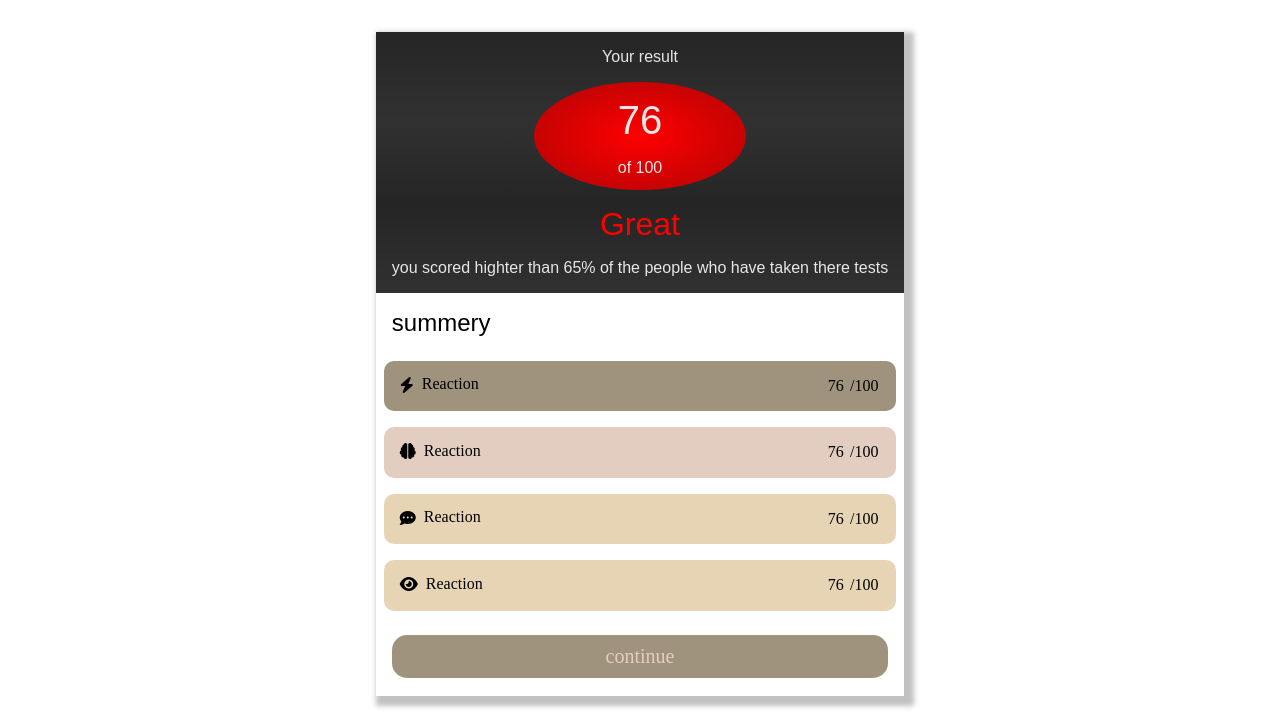
Repository: rahanwz/Card2-raha
Page: card2.html
An editor plug-in stored every save of this project. The page is shown before and after a run of saves, followed by the edit.
The browser window is 1280 px wide. The pictures show the whole page.
Some web fonts or font styles are not loaded; a fallback is used. Some web libraries are served in a nearby version.

Above is the page before, as saved 2024-02-21 17:13:18.

### card2.html
<!DOCTYPE html>
<html lang="en">
  <head>
    <meta charset="UTF-8" />
    <meta name="viewport" content="width=device-width, initial-scale=1.0" />
    <title>Document</title>
    <link rel="stylesheet" href="card2.css" />
    <script src="https://kit.fontawesome.com/7f69033cb8.js" crossorigin="anonymous"></script>

   <link rel="preconnect" href="https://fonts.googleapis.com">
<link rel="preconnect" href="https://fonts.gstatic.com" crossorigin>
<link href="https://fonts.googleapis.com/css2?family=Josefin+Sans:ital,wght@0,100..700;1,100..700&family=Protest+Riot&display=swap" rel="stylesheet">

</head>
  <body>
    <div class="container">
      <div class="card_container">
        <div class="top_card">
          <p style="color: #e6e6e6; font-family:Protest Riot, sans-serif;
  font-weight: 400;
  font-style: normal;">Your result</p>
          <div class="present">
            <p style="color: #e6e6e6">76</p>
            <p style="color: #e6e6e6">of 100</p>
          </div>
          <p style="padding-top: 1rem; color: #FF0000; font-family:Protest Riot, sans-serif;
  font-weight:300;
  font-style: normal;font-size: 2rem;">Great</p>
          <p class="describ" style="color: #e6e6e6">
            you scored highter than 65% of the people who have taken there tests
          </p>
        </div>
        <div class="bottom_card">
          <p style="padding:1rem; font-family:Protest Riot, sans-serif;
  font-weight: 400;
  font-style: normal;
  font-size:1.5rem;">summery</p>
          <div class="box box1">
            <p
              style="
                border-top-left-radius: 10px;
                border-bottom-left-radius: 10px;
              "
            >
             <i class="fa-solid fa-bolt"></i> <span style="padding-top: .4rem;">Reaction</span>
            </p>
            <div class="number">
              <p
                style="
                  border-top-right-radius: 10px;
                  border-bottom-right-radius: 10px;
                  padding-top: 1rem;
                "
              >
                <span style="width: 50%; padding: 1rem; margin-top: -1rem"
                  >76</span
                ><span>/</span>100
              </p>
            </div>
          </div>
          <div class="box box2">
            <p
              style="
                border-top-left-radius: 10px;
                border-bottom-left-radius: 10px;

              "
            >
              <i class="fa-solid fa-brain icon"></i><span style="padding-top: .4rem;">Reaction</span>
            </p>
            <div class="number">
              <p
                style="
                  border-top-right-radius: 10px;
                  border-bottom-right-radius: 10px;
                   padding-top: 1rem;
                "
              >
                <span style="width: 50%; padding: 1rem; margin-top: -1rem"
                  >76</span
                ><span>/</span>100
              </p>
            </div>
          </div>

          <div class="box box3">
            <p
              style="
                border-top-left-radius: 10px;
                border-bottom-left-radius: 10px;

              "
            >
              <i class="fa-solid fa-comment-dots"></i> <span style="padding-top: .4rem;">Reaction</span>
            </p>
            <div class="number">
              <p
                style="
                  border-top-right-radius: 10px;
                  border-bottom-right-radius: 10px;
                   padding-top: 1rem;
                "
              >
                <span style="width: 50%; padding: 1rem; margin-top: -1rem"
                  >76</span
                ><span>/</span>100
              </p>
            </div>
          </div>
          <div class="box box3">
            <p
              style="
                border-top-left-radius: 10px;
                border-bottom-left-radius: 10px;

              "
            >
              <i class="fa-solid fa-eye"></i> <span style="padding-top: .4rem;">Reaction</span>
            </p>
            <div class="number">
              <p
                style="
                  border-top-right-radius: 10px;
                  border-bottom-right-radius: 10px;
                   padding-top: 1rem;
                "
              >
                <span style="width: 50%; padding: 1rem; margin-top: -1rem"
                  >76</span
                ><span>/</span>100
              </p>
            </div>
          </div>
        </div>
        <div class="box5">
          <a href="#">continue</a>
        </div>
      </div>
    </div>
  </body>
</html>

### card2.css
* {
  padding: 0;
  margin: 0;
  box-sizing: border-box;
}
body {
  display: flex;
  justify-content: center;
}
.container {
  padding: 2rem;
}
.card_container {
  box-shadow: 5px 5px 5px 5px #3e3e3e51;
}

.card_container {
  text-align: center;
  width: 100%;
}

.top_card :first-child {
  padding: 1rem;

}
.present :first-child {
  font-size: 2.5rem;

}

.present {
  height:15vh;
  width: 40%;
  border-radius: 100%;
  background: radial-gradient(#FF0000, #AF0404);
  margin: auto;
  font-family: "Protest Riot", sans-serif;
  font-weight: 400;
  font-style: normal;
}
.describ {
  padding: 1rem;
  font-family: "Protest Riot", sans-serif;
  font-weight: 400;
  font-style: normal;

}

.top_card {
  background:-webkit-repeating-linear-gradient(#252525,#313131,#252525,#313131);
}

.bottom_card :first-child {
  padding:.5rem;
  display: flex;

}

.bottom_card .box {
  display: flex;
  padding: 0.5rem;
}

.box1 p {
  background-color: #a0937d;
  width: 100%;
  height:7vh;
  padding-right: 1rem;
}

.box2 p {
  background: #e3cdc1;
  width: 100%;
  height:7vh;
  padding-right: 1rem;
}
.box3 p {
  background: #e7d4b5;
  padding-right: 1rem;
  width: 100%;
  height:7vh;
}
.box4 p {
  background: #f6e6cb;
  width: 100%;
  height:7vh;
  padding-right: 1rem;
}

.number {
  display: flex;
}

a {
  align-items: center;
  height: 6vh;
  display: flex;
  margin: 1rem;
  justify-content: center;
  background-color: #a0937d;
  text-decoration: none;
  border-radius: 15px;
  font-size: 20px;
  color: #e3cdc1;
}

.box5 {
  height: 8.6vh;
  padding: auto;
}

After the next 4 saves:
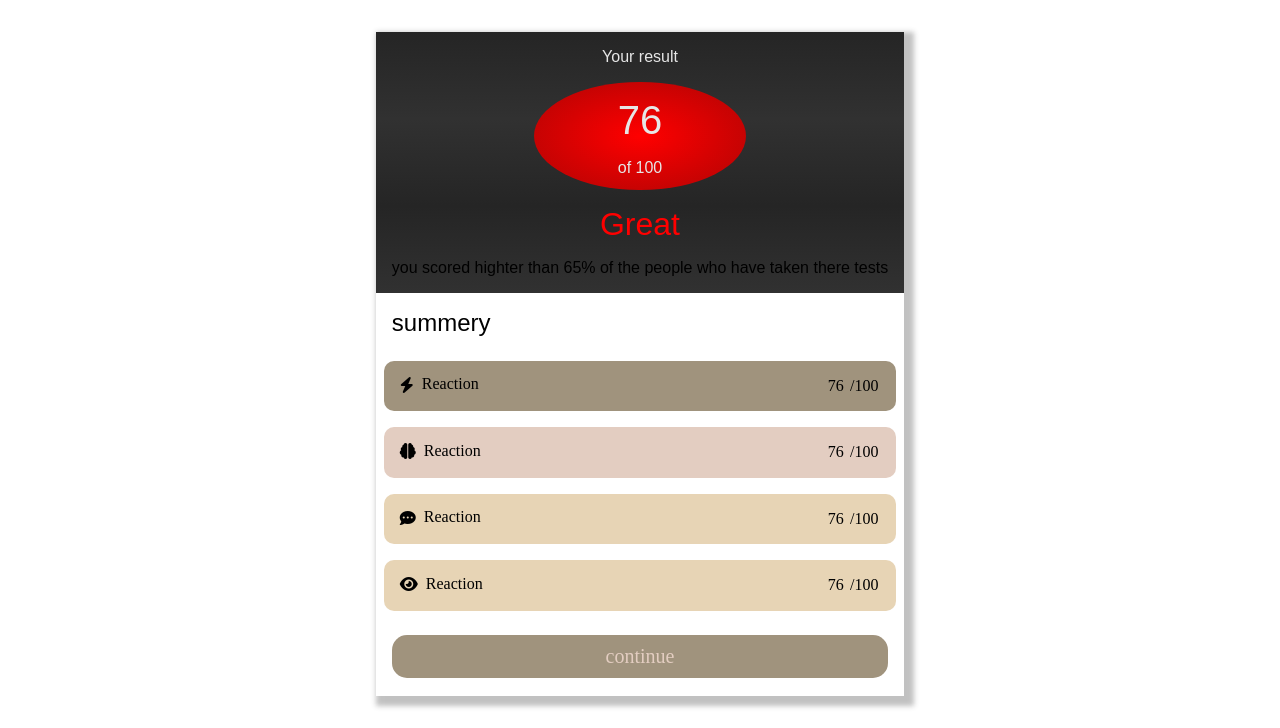
The 4 saves are shown as one change because they came seconds apart.
The last was saved 37 s later.
--- a/card2.html
+++ b/card2.html
@@ -26,7 +26,7 @@
           <p style="padding-top: 1rem; color: #FF0000; font-family:Protest Riot, sans-serif;
   font-weight:300;
   font-style: normal;font-size: 2rem;">Great</p>
-          <p class="describ" style="color: #e6e6e6">
+          <p class="describ" style="background-color: li;">
             you scored highter than 65% of the people who have taken there tests
           </p>
         </div>
